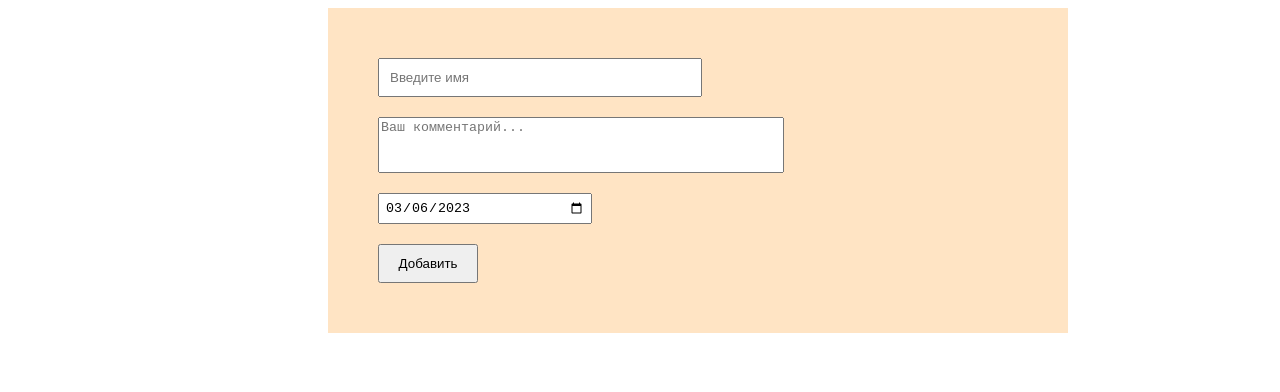
Repository: Grid-Master/commentList
Page: index.html
An editor plug-in stored every save of this project. The page is shown before and after the next save, followed by the edit.
The browser window is 1280 px wide. The pictures show the whole page.

Above is the page before, as saved 2023-03-06 21:55:43.

### index.html
<!DOCTYPE html>
<html lang="en">
  <head>
    <meta charset="UTF-8" />
    <meta http-equiv="X-UA-Compatible" content="IE=edge" />
    <meta name="viewport" content="width=device-width, initial-scale=1.0" />
    <title>Comments</title>
    <style>
      form {
        width: 50vw;
        margin-left: 25vw;
        background-color: bisque;
        display: flex;
        flex-direction: column;
        padding: 50px;
      }

      input[type='text'] {
        width: 300px;
        padding: 10px;
        margin-bottom: 20px;
      }
      textarea {
        width: 400px;
        height: 50px;
        resize: none;
        margin-bottom: 20px;
      }

      input[type='date'] {
        width: 200px;
        padding: 5px;
        margin-bottom: 20px;
      }

      button {
        width: 100px;
        padding: 10px;
      }
    </style>
  </head>
  <body>
    <form onsubmit="addComment(); return false">
      <input id="name" type="text" placeholder="Введите имя" required />
      <textarea id="coment" placeholder="Ваш комментарий..." required></textarea>
      <input type="date" id="date" required />
      <button type="submit">Добавить</button>
    </form>
    <script src="./script.js"></script>
  </body>
</html>

### script.js
document.getElementById('date').valueAsDate = new Date();

function addComment() {
  document.getElementById('date').valueAsDate = null;
}

After the next save:
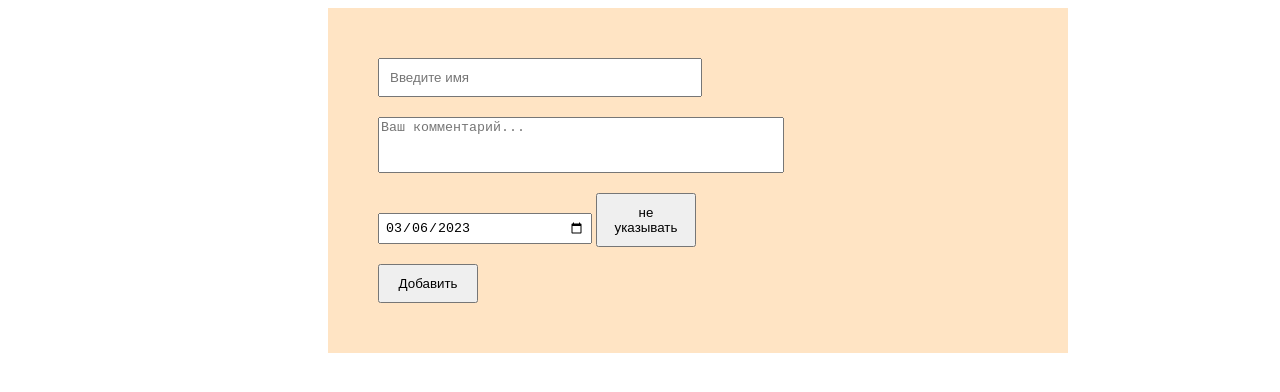
Saved 74 s later.
--- a/index.html
+++ b/index.html
@@ -43,7 +43,10 @@
     <form onsubmit="addComment(); return false">
       <input id="name" type="text" placeholder="Введите имя" required />
       <textarea id="coment" placeholder="Ваш комментарий..." required></textarea>
-      <input type="date" id="date" required />
+      <div>
+        <input type="date" id="date" required />
+        <button>не указывать</button>
+      </div>
       <button type="submit">Добавить</button>
     </form>
     <script src="./script.js"></script>
